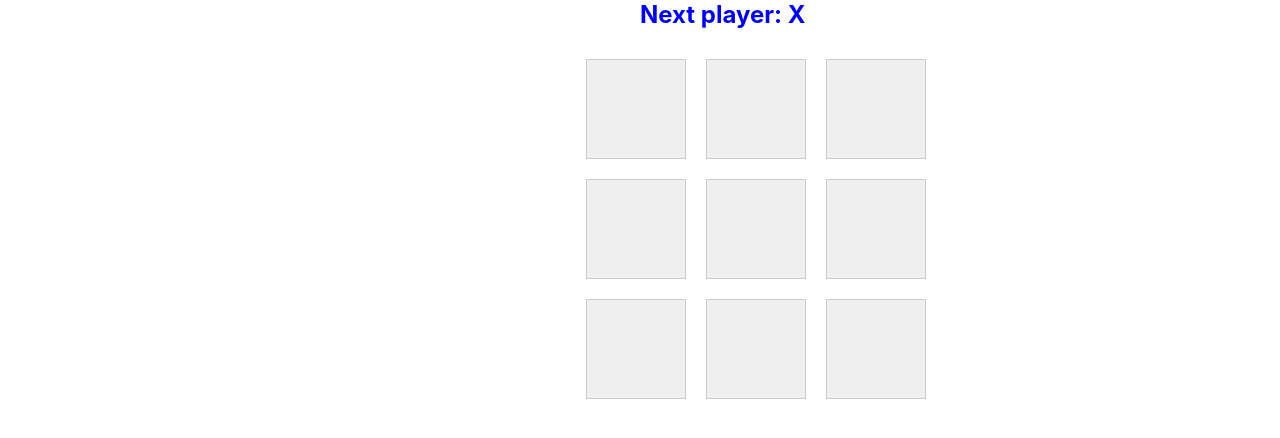
Repository: sedat-akdogan/React_Revision
Page: / (app in tic-tac-toe/)
An editor plug-in stored every save of this project. The page is shown before and after the next save, followed by the edit.
The browser window is 1280 px wide. The pictures show the whole page.
The project was rebuilt for these pictures with package versions that can differ from the ones it lists, and the page was loaded fresh each time.

Above is the page before, as saved 2023-05-13 00:40:47.

### tic-tac-toe/src/index.css
body {
    margin: 0;
    font-family: -apple-system, BlinkMacSystemFont, 'Segoe UI', 'Roboto', 'Oxygen',
        'Ubuntu', 'Cantarell', 'Fira Sans', 'Droid Sans', 'Helvetica Neue',
        sans-serif;
    -webkit-font-smoothing: antialiased;
    -moz-osx-font-smoothing: grayscale;
}

code {
    font-family: source-code-pro, Menlo, Monaco, Consolas, 'Courier New',
        monospace;
}

.square {
    width: 100px;
    height: 100px;
    font-size: 24px;
    border: 1px solid #ccc;
    display: inline-block;
    justify-content: center;
    align-items: center;
}

.board-row {
    margin-left: 45%;
    display: flex;
}

.board-row .square {
    margin: 10px;
}

.board-row:last-child .square {
    margin-bottom: 0;
}

.status {
    color: blue;
    font-size: 24px;
    margin-bottom: 20px;
    margin-left: 50%;
    font-weight: bold;
}

### tic-tac-toe/src/App.js
import { useState } from 'react';


function Square({ value, onSquareClick }) {
    return (
        <button className="square" onClick={onSquareClick}>
            {value}
        </button>
    );
}

export default function Board() {
    const [xIsNext, setXIsNext] = useState(true);
    const [squares, setSquares] = useState(Array(9).fill(null));

    function handleClick(i) {
        if (squares[i] || calculateWinner(squares)) {
            return;
        }
        const nextSquares = squares.slice();
        if (xIsNext) {
            nextSquares[i] = 'X';
        } else {
            nextSquares[i] = 'O';
        }
        setSquares(nextSquares);
        setXIsNext(!xIsNext);
    }

    const winner = calculateWinner(squares);
    let status;
    if (winner) {
        status = "Winner: " + winner;
    } else {
        status = "Next player: " + (xIsNext ? "X" : "O");
    }

    return (
        <>
            <div className="status">{status}</div>
            <div className="board-row">
                <Square value={squares[0]} onSquareClick={() => handleClick(0)} />
                <Square value={squares[1]} onSquareClick={() => handleClick(1)} />
                <Square value={squares[2]} onSquareClick={() => handleClick(2)} />
            </div>
            <div className="board-row">
                <Square value={squares[3]} onSquareClick={() => handleClick(3)} />
                <Square value={squares[4]} onSquareClick={() => handleClick(4)} />
                <Square value={squares[5]} onSquareClick={() => handleClick(5)} />
            </div>
            <div className="board-row">
                <Square value={squares[6]} onSquareClick={() => handleClick(6)} />
                <Square value={squares[7]} onSquareClick={() => handleClick(7)} />
                <Square value={squares[8]} onSquareClick={() => handleClick(8)} />
            </div>
        </>
    );
}

function calculateWinner(squares) {
    const lines = [
        [0, 1, 2],
        [3, 4, 5],
        [6, 7, 8],
        [0, 3, 6],
        [1, 4, 7],
        [2, 5, 8],
        [0, 4, 8],
        [2, 4, 6]
    ];
    for (let i = 0; i < lines.length; i++) {
        const [a, b, c] = lines[i];
        if (squares[a] && squares[a] === squares[b] && squares[a] === squares[c]) {
            return squares[a];
        }
    }
    return null;
}

Loaded but not shown: tic-tac-toe/public/index.html (common file); tic-tac-toe/src/index.js (common file); tic-tac-toe/src/reportWebVitals.js (common file)

After the next save:
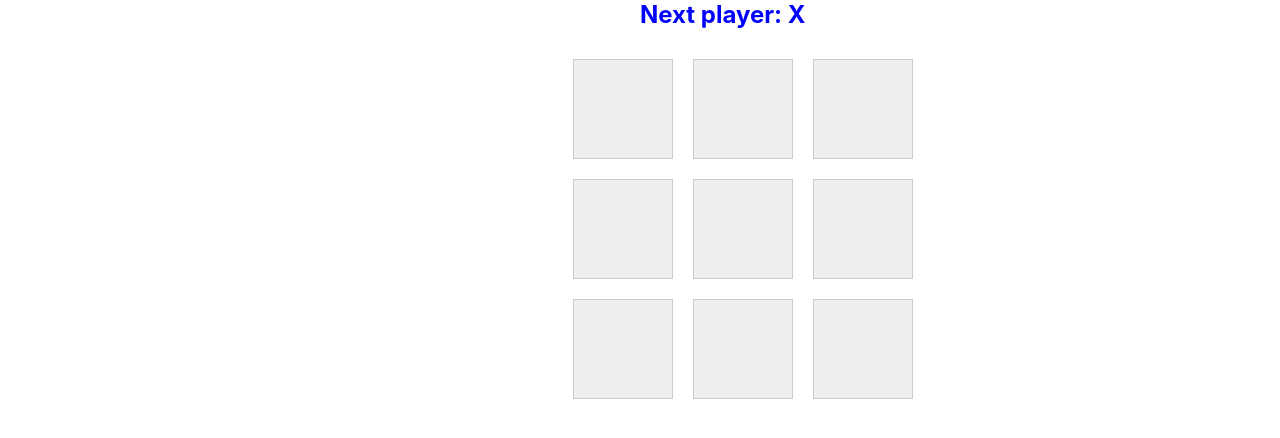
Saved 11 s later.
--- a/tic-tac-toe/src/index.css
+++ b/tic-tac-toe/src/index.css
@@ -23,7 +23,7 @@ code {
 }
 
 .board-row {
-    margin-left: 45%;
+    margin-left: 44%;
     display: flex;
 }
 
